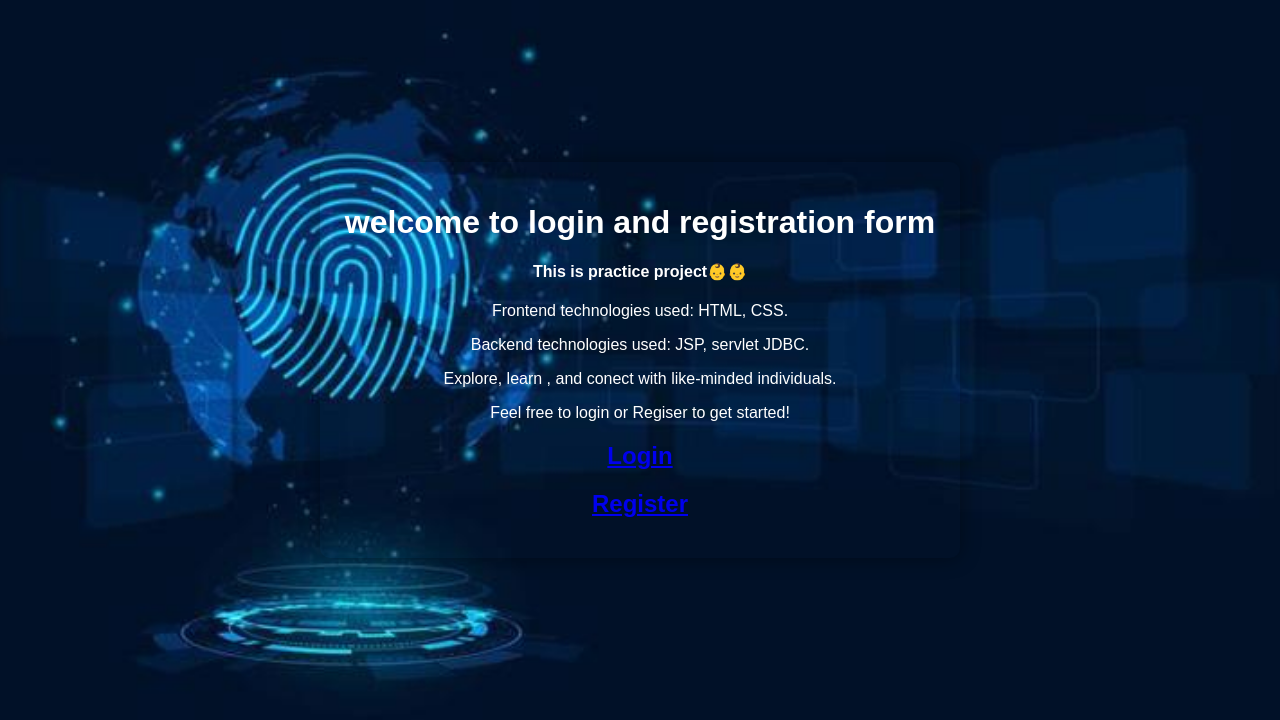
Repository: Rajivkumar2023/java-practice
Page: http://localhost/Login-Registration/
These files come from the project's save history. The page is drawn as it stood at one moment and after the next save; the edit follows.
The browser window is 1280 px wide. The pictures show the whole page.
The page is served by Tomcat 10.

Above is the page before, as saved 2024-07-31 09:31:12.

After the next save:
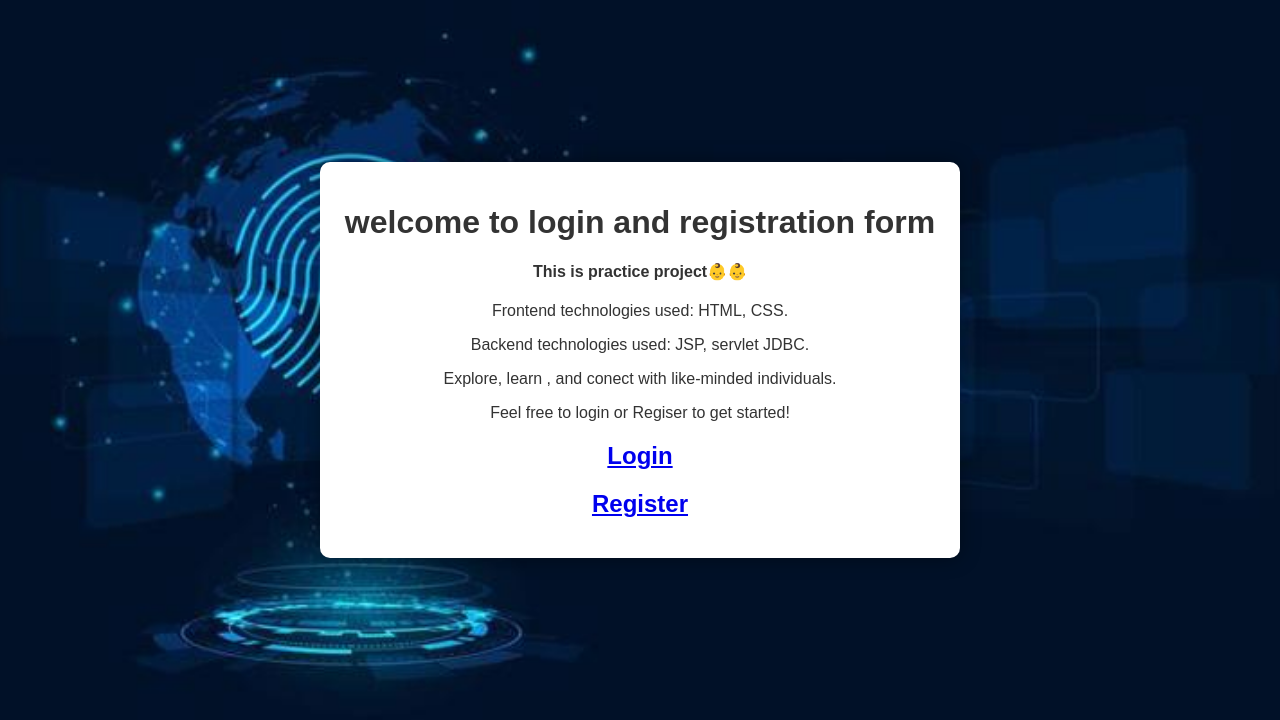
Saved 57 s later.
--- a/Login-Registration/src/main/webapp/index.css
+++ b/Login-Registration/src/main/webapp/index.css
@@ -20,7 +20,7 @@ body{
 	padding:20px;
 	border-radius:10px;
 	box-shadow: 0 0 20px rgba(0,0,1,0.4);
-	color:white;
+	background-color:white;
 	text-align:center;
 
 }
